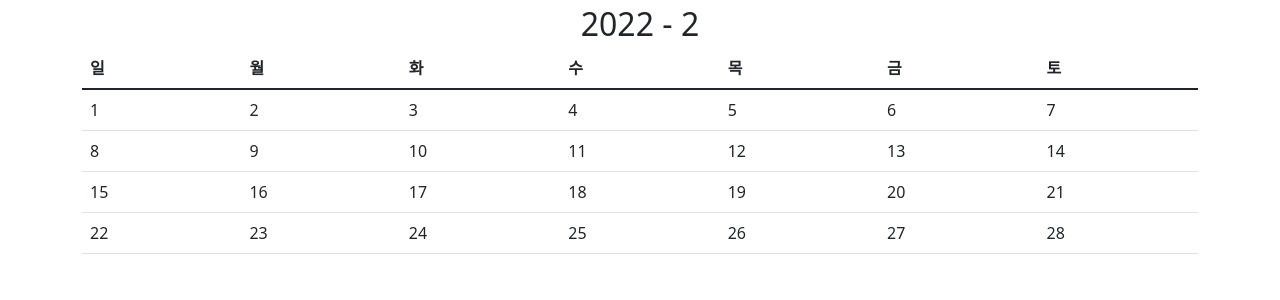
Repository: Visionary1/fullstack-dev-study
Page: http://localhost/Test/lesson02/quiz10.jsp
An editor plug-in stored every save of this project. The page is shown before and after the next save, followed by the edit.
The browser window is 1280 px wide. The pictures show the whole page.
The page is served by Tomcat 9.

Above is the page before, as saved 2022-02-13 16:02:55.

After the next save:
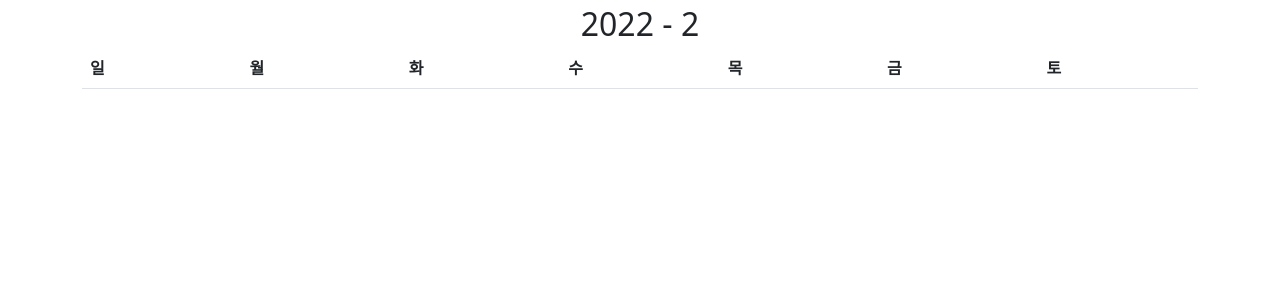
Saved 25 min 13 s later.
--- a/4_servlet/workspace/Test/src/main/webapp/lesson02/quiz10.jsp
+++ b/4_servlet/workspace/Test/src/main/webapp/lesson02/quiz10.jsp
@@ -15,9 +15,11 @@
 	<%
 	Calendar cal = Calendar.getInstance();
 
-	Integer weekSize = cal.getActualMaximum(Calendar.WEEK_OF_MONTH);
-	Integer days = cal.getActualMaximum(Calendar.DATE);
-	Integer lastDay = cal.getActualMaximum(Calendar.DATE);
+	//몇 주 있는지
+	int weekSize = cal.getActualMaximum(Calendar.WEEK_OF_MONTH);
+
+	// 마지막 날짜
+	int maximumDays = cal.getActualMaximum(Calendar.DATE);
 
 	HashMap<Integer, String> dayOfWeek = new HashMap<>();
 	dayOfWeek.put(1, "일");
@@ -50,30 +52,9 @@
 			</thead>
 			<tbody>
 
-			<%
-			for (int i = 0; i < weekSize - 1; i++) {
-			%>
 
-			<tr>
 
-			<%
-			for (int j = 0; j < 7; j++) {
-				if (((i * 7) + (j + 1)) > lastDay) {
-					break;
-				}
-			%>
 
-			<td><%= (i * 7) + (j + 1) %></td>
-
-			<%
-			}
-			%>
-
-			</tr>
-
-			<%
-			}
-			%>
 			</tbody>
 		</table>
 	</div>
